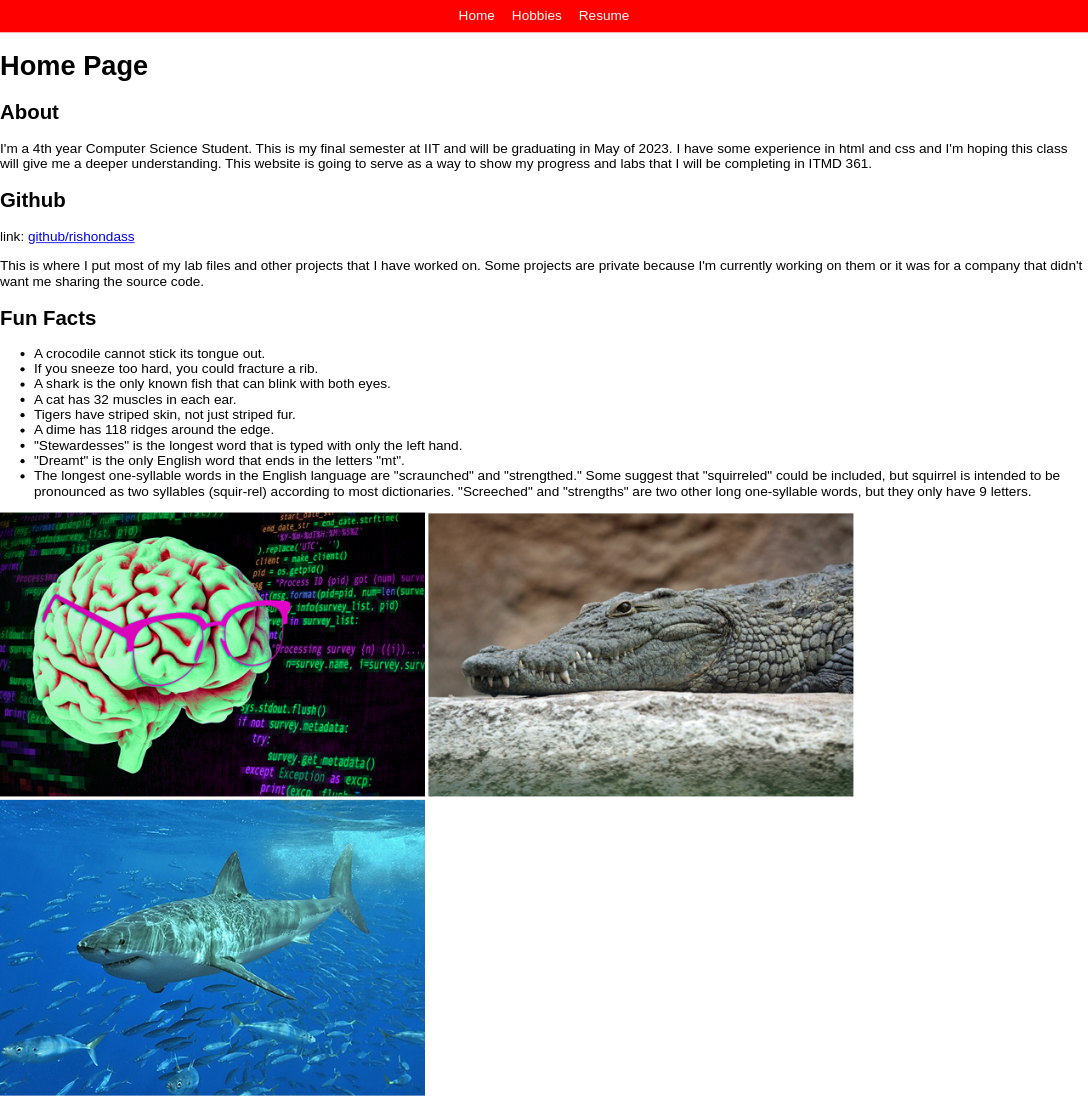
Repository: rishondass/ITMD361-Project2
Page: index.html
The author's editor kept a copy of each file at every save. The page is drawn from the files as they stood at one save, then again after the next save.
The browser window is 1280 px wide. The pictures show the whole page, at 85% of full size.

Above is the page before, as saved 2023-03-07 21:13:33.

After the next save:
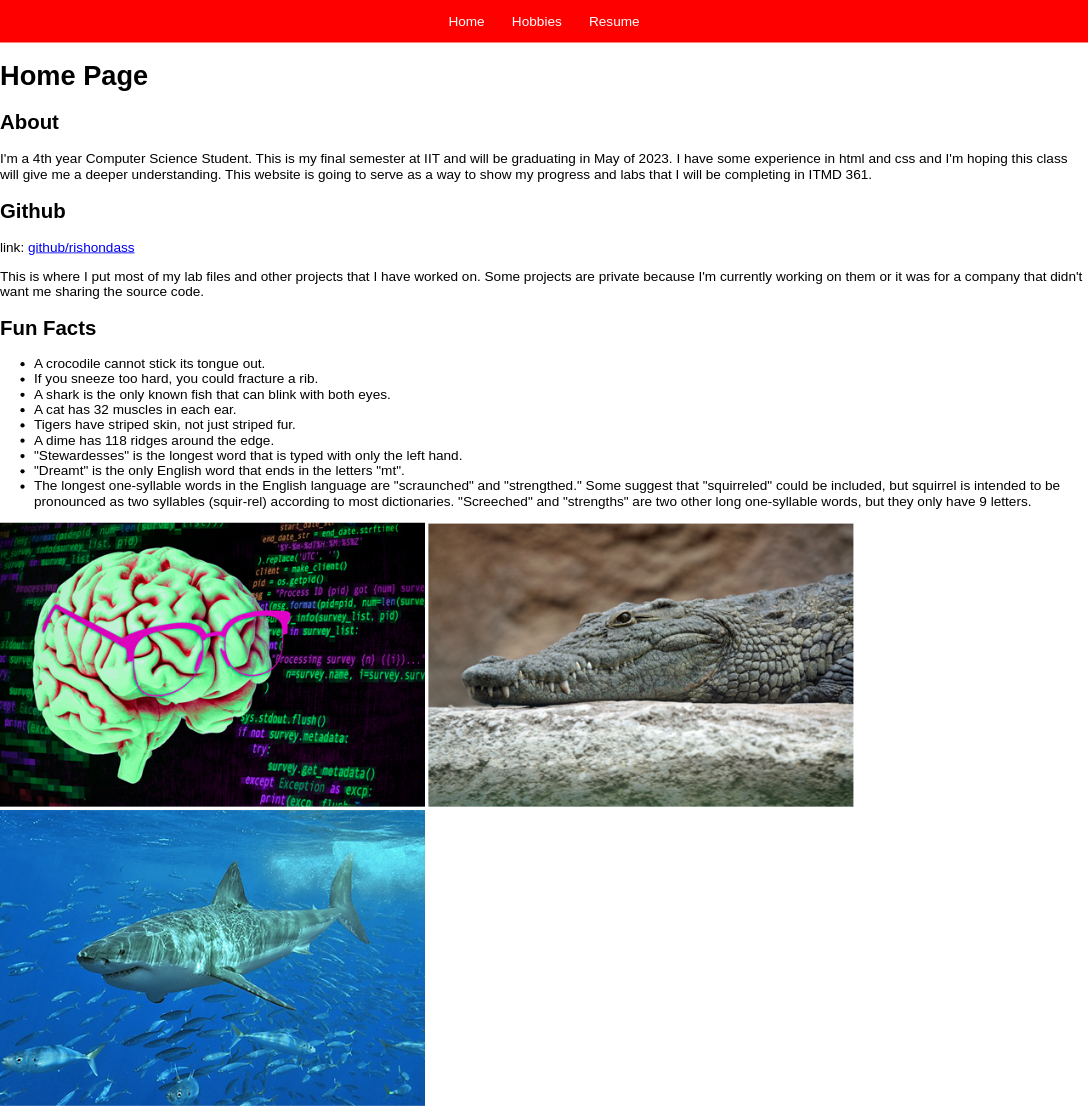
Saved 10 s later.
--- a/css/style.css
+++ b/css/style.css
@@ -17,7 +17,7 @@
 
 #main-nav a{
    display: block;
-   padding: 10px;
+   padding: 1rem;
    text-decoration: none;
    color: white;
 }

After the save that followed:
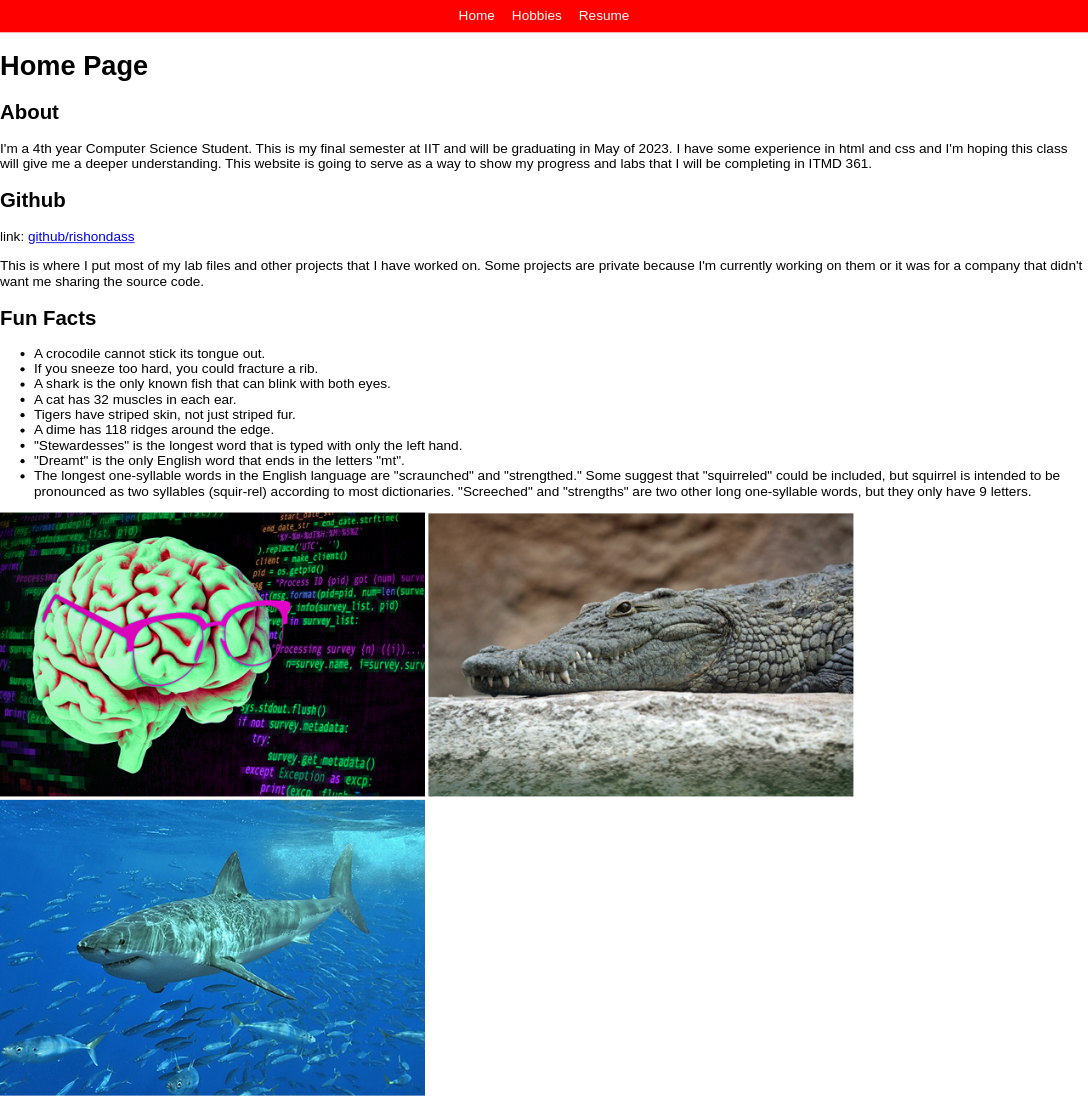
Saved 28 s later.
--- a/css/style.css
+++ b/css/style.css
@@ -17,7 +17,7 @@
 
 #main-nav a{
    display: block;
-   padding: 1rem;
+   padding: 10px;
    text-decoration: none;
    color: white;
 }
